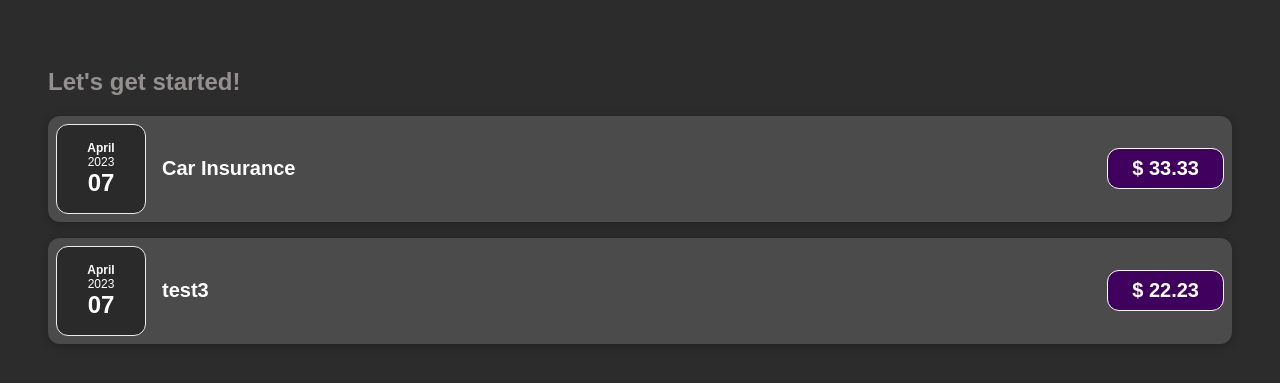
Repository: andresmazza/react-lesson
Page: /
The author's editor kept a copy of each file at every save. The page is drawn from the files as they stood at one save, then again after the next save.
The browser window is 1280 px wide. The pictures show the whole page.
The project was rebuilt for these pictures with package versions that can differ from the ones it lists, and the page was loaded fresh each time. Also part of the build but not shown: src/App.css.

Above is the page before, as saved 2023-04-08 00:24:01.

After the next save:
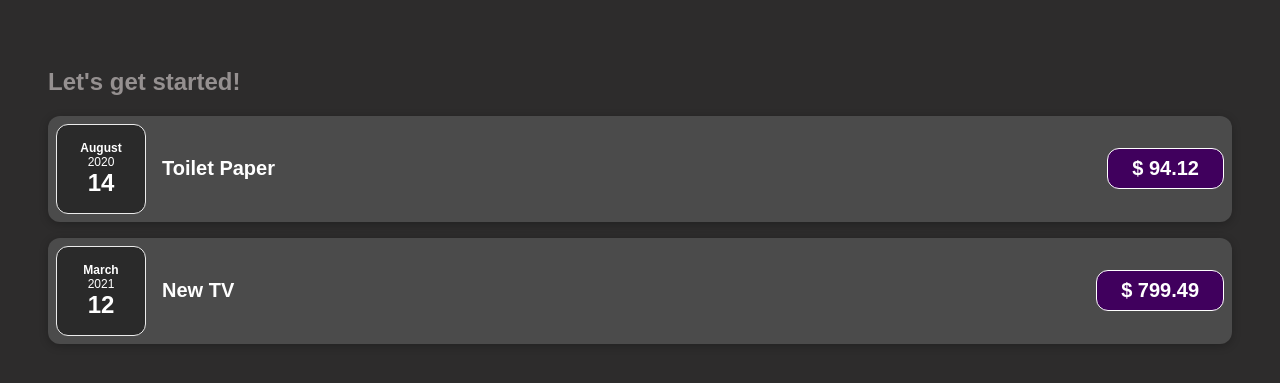
Saved 23 s later.
--- a/src/App.js
+++ b/src/App.js
@@ -3,9 +3,25 @@ import './App.css';
 import ExpenseItem from './components/ExpenseItem';
 function App() {
   const expenses = [
-    { title: 'Car Insurance', amount: 33.33, date: new Date() },
-    { title: 'test3', amount: 22.23, date: new Date() },
-    { title: 'test#', amount: 43.33, date: new Date() },
+    {
+      id: 'e1',
+      title: 'Toilet Paper',
+      amount: 94.12,
+      date: new Date(2020, 7, 14),
+    },
+    { id: 'e2', title: 'New TV', amount: 799.49, date: new Date(2021, 2, 12) },
+    {
+      id: 'e3',
+      title: 'Car Insurance',
+      amount: 294.67,
+      date: new Date(2021, 2, 28),
+    },
+    {
+      id: 'e4',
+      title: 'New Desk (Wooden)',
+      amount: 450,
+      date: new Date(2021, 5, 12),
+    },
   ];
   return (
     <div>
